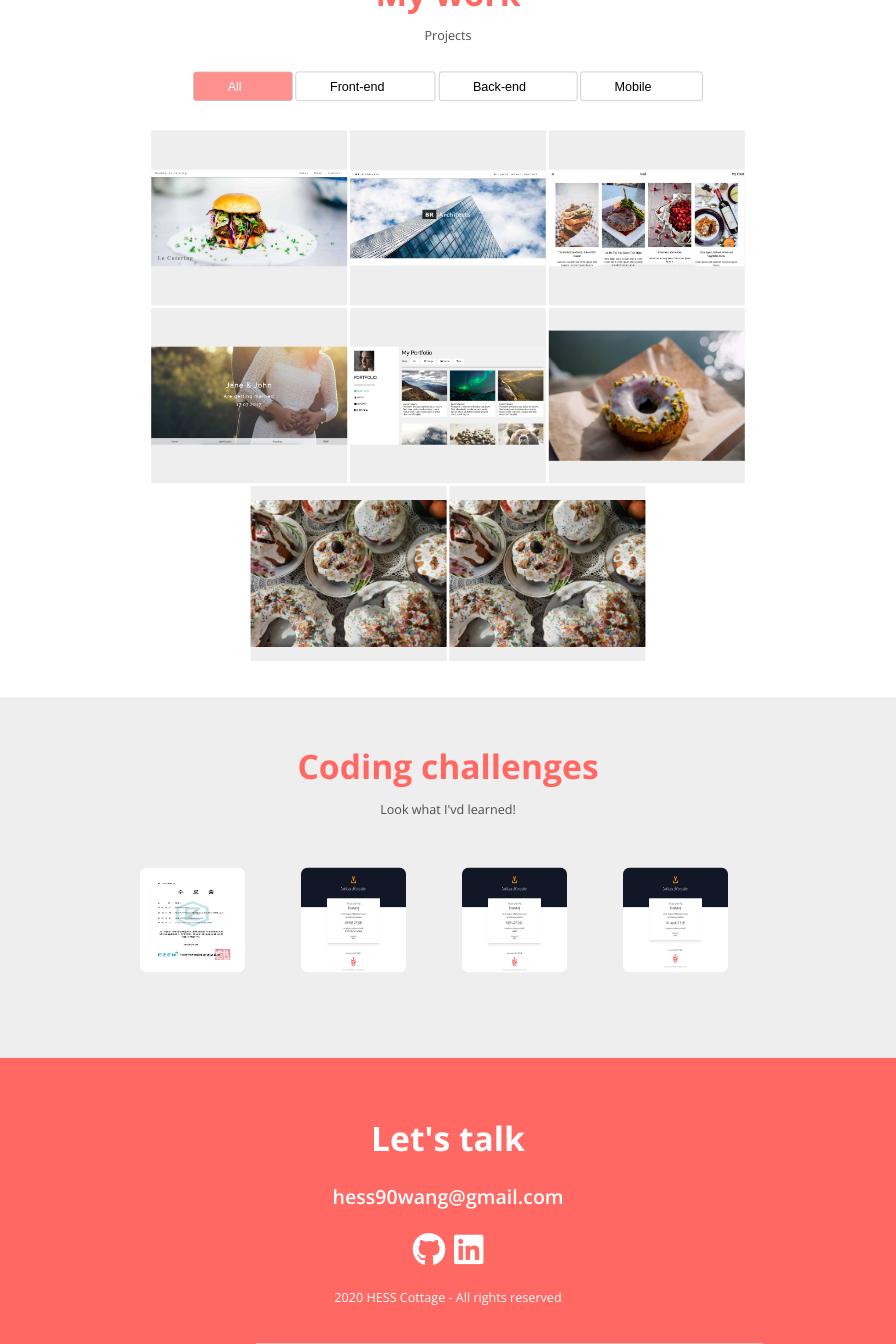
Repository: hesshess/Portfolio
Page: index.html
An editor plug-in stored every save of this project. The page is shown before and after the next save, followed by the edit.
The browser window is 1280 px wide. The pictures show the part of the page from y = 1455 to 3375 px (the page is 3375 px tall), at 70% of full size.
Some web libraries are served in a nearby version.

Above is the page before, as saved 2022-10-19 11:44:05.

After the next save:
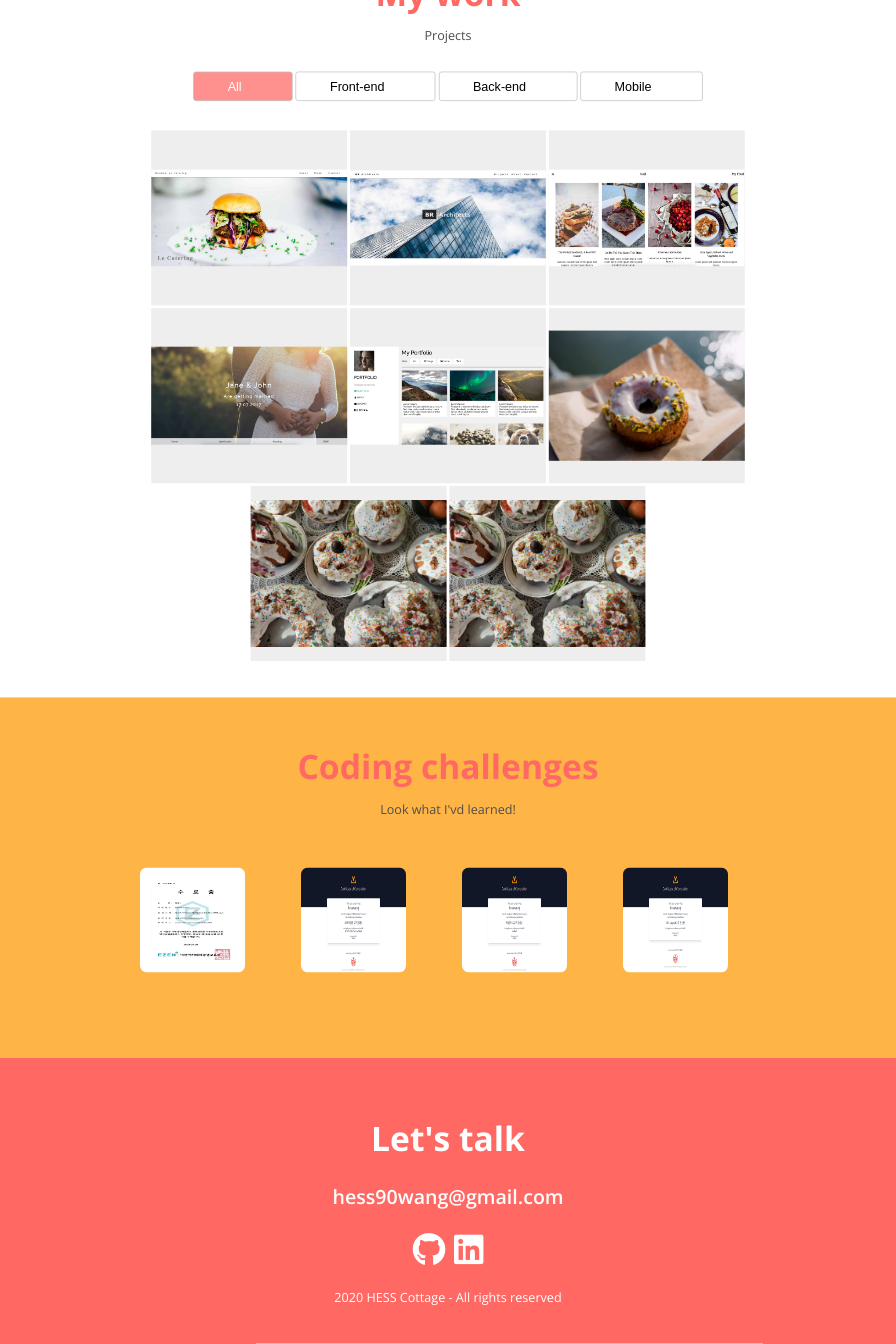
Saved 110 s later.
--- a/style.css
+++ b/style.css
@@ -458,7 +458,7 @@
 
 /* testimonial */
 #testimonials{
-  background-color: var(--color-light-white);
+  background-color: var(--color-orange);
 
 }
 
